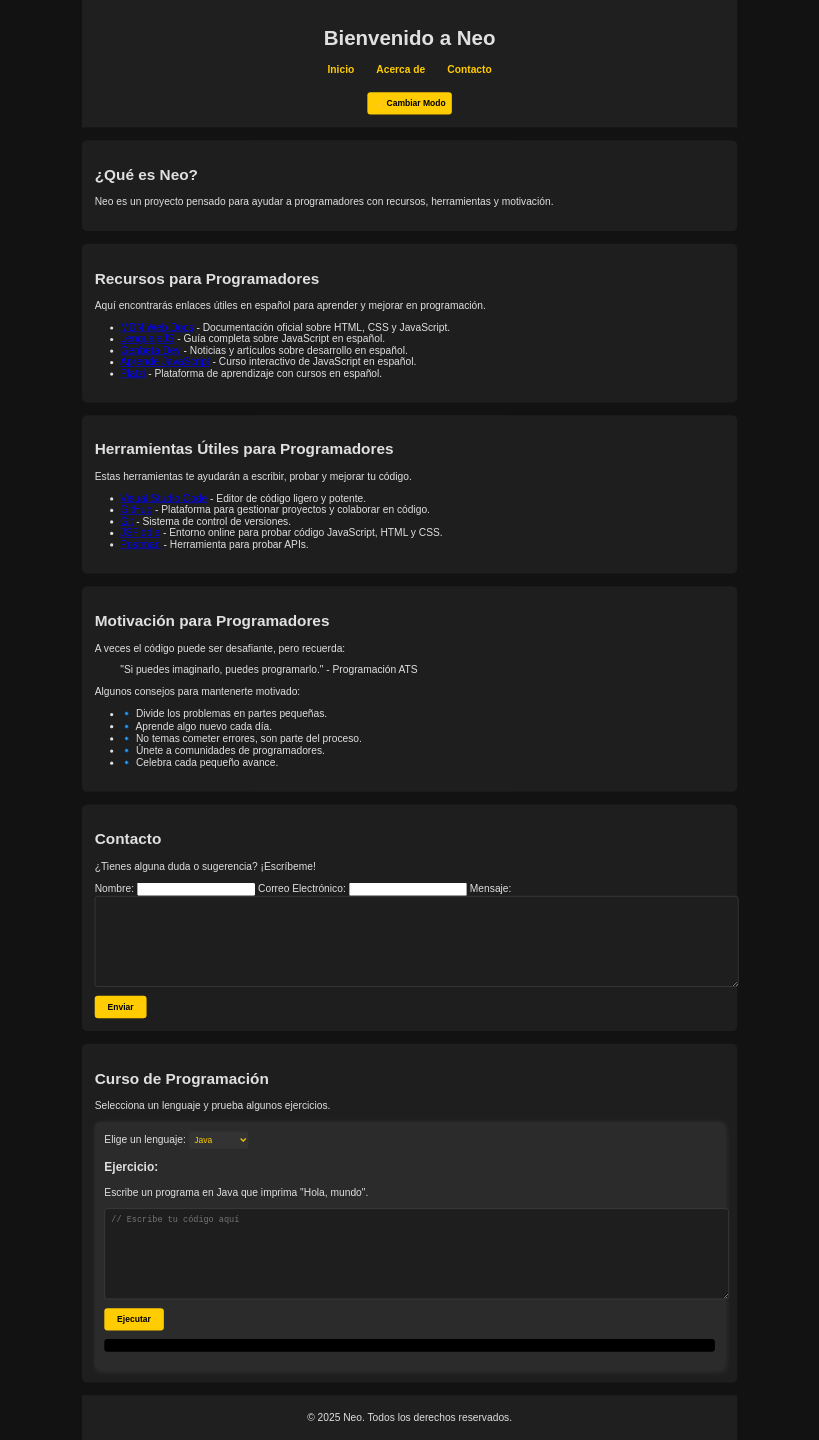
Repository: TapZc/getya_proyect
Page: index.html
These files come from the project's save history. The page is drawn as it stood at one moment and after the next save; the edit follows.
The browser window is 1280 px wide. The pictures show the whole page, at 64% of full size.

Above is the page before, as saved 2025-02-21 08:02:21.

### index.html
<!DOCTYPE html>
<html lang="es">
<head>
    <meta charset="UTF-8">
    <meta name="viewport" content="width=device-width, initial-scale=1.0">
    <title>Neo</title>
    <link rel="stylesheet" href="styles.css">
</head>

<script>
    function ejecutarCodigo() {
        let codigo = document.getElementById("codigo").value.trim();
        let resultado = document.getElementById("resultado");
        let lenguaje = document.getElementById("lenguaje").value;

        // Limpiar resultado antes de ejecutar
        resultado.textContent = "";

        if (codigo === "") {
            resultado.textContent = "⚠️ Escribe un código antes de ejecutar.";
            return;
        }

        // Si el usuario eligió JavaScript, ejecutamos directamente en el navegador
        if (lenguaje === "javascript") {
            try {
                let output = eval(codigo); // Evalúa el código
                resultado.textContent = "✅ Salida:\n" + output;
            } catch (error) {
                resultado.textContent = "❌ Error de sintaxis:\n" + error.message;
            }
        } else {
            // Simulación para Java y Python (en un futuro podemos ejecutar en un servidor)
            if (lenguaje === "java") {
                if (!codigo.includes("System.out.println")) {
                    resultado.textContent = "❌ Error: Usa System.out.println() para imprimir en Java.";
                } else {
                    resultado.textContent = "✅ Salida esperada:\nHola, mundo (ejemplo simulado)";
                }
            } else if (lenguaje === "python") {
                if (!codigo.includes("print")) {
                    resultado.textContent = "❌ Error: Usa print() para imprimir en Python.";
                } else {
                    resultado.textContent = "✅ Salida esperada:\nHola, mundo (ejemplo simulado)";
                }
            }
        }
    }

    // Modo Claro/Oscuro
    document.addEventListener("DOMContentLoaded", () => {
        const botonModo = document.getElementById("modo-btn");
        const body = document.body;

        botonModo.addEventListener("click", () => {
            body.classList.toggle("claro");

            if (body.classList.contains("claro")) {
                botonModo.textContent = "🌑 Modo Oscuro";
                localStorage.setItem("modo", "claro");
            } else {
                botonModo.textContent = "🌙 Modo Claro";
                localStorage.setItem("modo", "oscuro");
            }
        });

        // Guardar preferencia del usuario
        if (localStorage.getItem("modo") === "claro") {
            body.classList.add("claro");
            botonModo.textContent = "🌑 Modo Oscuro";
        }
    });
</script>




<body>
        <div class="container">

    <header>
        <h1>Bienvenido a Neo</h1>
        <nav>
            <ul>
                <li><a href="#">Inicio</a></li>
                <li><a href="#">Acerca de</a></li>
                <li><a href="#">Contacto</a></li>
            </ul>
        </nav>
        <button id="modo-btn">🌙 Cambiar Modo</button>

    </header>

    <section>
        <h2>¿Qué es Neo?</h2>
        <p>Neo es un proyecto pensado para ayudar a programadores con recursos, herramientas y motivación.</p>
    </section>

    <section>
        <h2>Recursos para Programadores</h2>
        <p>Aquí encontrarás enlaces útiles en español para aprender y mejorar en programación.</p>
        <ul>
            <li><a href="https://developer.mozilla.org/es/" target="_blank">MDN Web Docs</a> - Documentación oficial sobre HTML, CSS y JavaScript.</li>
            <li><a href="https://lenguajejs.com/" target="_blank">LenguajeJS</a> - Guía completa sobre JavaScript en español.</li>
            <li><a href="https://www.genbeta.com/desarrollo" target="_blank">Genbeta Dev</a> - Noticias y artículos sobre desarrollo en español.</li>
            <li><a href="https://aprendejavascript.org/" target="_blank">Aprende JavaScript</a> - Curso interactivo de JavaScript en español.</li>
            <li><a href="https://platzi.com/" target="_blank">Platzi</a> - Plataforma de aprendizaje con cursos en español.</li>
        </ul>
    </section>

    <section>
        <h2>Herramientas Útiles para Programadores</h2>
        <p>Estas herramientas te ayudarán a escribir, probar y mejorar tu código.</p>
        <ul>
            <li><a href="https://code.visualstudio.com/" target="_blank">Visual Studio Code</a> - Editor de código ligero y potente.</li>
            <li><a href="https://github.com/" target="_blank">GitHub</a> - Plataforma para gestionar proyectos y colaborar en código.</li>
            <li><a href="https://git-scm.com/" target="_blank">Git</a> - Sistema de control de versiones.</li>
            <li><a href="https://jsfiddle.net/" target="_blank">JSFiddle</a> - Entorno online para probar código JavaScript, HTML y CSS.</li>
            <li><a href="https://www.postman.com/" target="_blank">Postman</a> - Herramienta para probar APIs.</li>
        </ul>
    </section>

    <section>
        <h2>Motivación para Programadores</h2>
        <p>A veces el código puede ser desafiante, pero recuerda:</p>
        <blockquote>
            "Si puedes imaginarlo, puedes programarlo." - Programación ATS
        </blockquote>
        <p>Algunos consejos para mantenerte motivado:</p>
        <ul>
            <li>🔹 Divide los problemas en partes pequeñas.</li>
            <li>🔹 Aprende algo nuevo cada día.</li>
            <li>🔹 No temas cometer errores, son parte del proceso.</li>
            <li>🔹 Únete a comunidades de programadores.</li>
            <li>🔹 Celebra cada pequeño avance.</li>
        </ul>
    </section>

    <section>
        <h2>Contacto</h2>
        <p>¿Tienes alguna duda o sugerencia? ¡Escríbeme!</p>
        <form action="#" method="post">
            <label for="nombre">Nombre:</label>
            <input type="text" id="nombre" name="nombre" required>

            <label for="email">Correo Electrónico:</label>
            <input type="email" id="email" name="email" required>

            <label for="mensaje">Mensaje:</label>
            <textarea id="mensaje" name="mensaje" rows="5" required></textarea>

            <button type="submit">Enviar</button>
        </form>
    </section>

    <section id="cursos">
        <h2>Curso de Programación</h2>
        <p>Selecciona un lenguaje y prueba algunos ejercicios.</p>

        <div class="curso-container">
            <!-- Selector de lenguaje -->
            <label for="lenguaje">Elige un lenguaje:</label>
            <select id="lenguaje">
                <option value="java">Java</option>
                <option value="python">Python</option>
                <option value="javascript">JavaScript</option>
            </select>

            <!-- Área de código -->
            <div class="editor">
                <h3>Ejercicio:</h3>
                <p id="ejercicio-texto">Escribe un programa en Java que imprima "Hola, mundo".</p>
                <textarea id="codigo" rows="5" placeholder="// Escribe tu código aquí"></textarea>
            </div>

            <!-- Botón de ejecución -->
            <button onclick="ejecutarCodigo()">Ejecutar</button>

            <!-- Resultado -->
            <pre id="resultado"></pre>
        </div>
    </section>



    <footer>
        <p>&copy; 2025 Neo. Todos los derechos reservados.</p>
    </footer>
</div>
</body>
</html>

### styles.css
/* Estilos Generales */
body {
    background-color: #121212; /* Fondo oscuro */
    color: #e0e0e0; /* Texto en color claro */
    font-family: Arial, sans-serif;
    margin: 0;
    padding: 0;
}

/* Contenedor principal */
.container {
    width: 80%;
    margin: auto;
}

/* Header */
header {
    background: #1f1f1f;
    padding: 20px;
    text-align: center;
}

nav ul {
    list-style: none;
    padding: 0;
}

nav ul li {
    display: inline;
    margin: 0 15px;
}

nav a {
    color: #ffcc00;
    text-decoration: none;
    font-weight: bold;
}

/* Secciones */
section {
    background: #1e1e1e;
    padding: 20px;
    margin: 20px 0;
    border-radius: 8px;
}

/* Editor de Código */
.curso-container {
    background: #2b2b2b;
    padding: 15px;
    border-radius: 8px;
    box-shadow: 2px 2px 10px rgba(255, 255, 255, 0.1);
}

textarea {
    width: 100%;
    height: 120px;
    background: #1e1e1e;
    color: #00ff00;
    font-family: monospace;
    border: 1px solid #444;
    padding: 10px;
    border-radius: 5px;
}

/* Botón Ejecutar */
button {
    background: #ffcc00;
    color: #000;
    padding: 10px 20px;
    border: none;
    cursor: pointer;
    font-weight: bold;
    border-radius: 5px;
    margin-top: 10px;
}

button:hover {
    background: #ffaa00;
}

/* Select de Lenguaje */
select {
    background: #333;
    color: #ffcc00;
    padding: 5px;
    border: none;
    border-radius: 5px;
}

/* Resultado */
pre {
    background: #000;
    padding: 10px;
    border-radius: 5px;
    color: #ffcc00;
    font-family: monospace;
}

/* Footer */
footer {
    text-align: center;
    padding: 10px;
    background: #1f1f1f;
}
#modo-btn {
    background: #ffcc00;
    color: #000;
    padding: 10px;
    border: none;
    cursor: pointer;
    font-weight: bold;
    border-radius: 5px;
    margin-top: 10px;
    transition: background 0.3s;
}

#modo-btn:hover {
    background: #ffaa00;
}
.claro {
    background-color: #ffffff;
    color: #333;
}

.claro header, .claro section, .claro footer {
    background: #f0f0f0;
}

.claro textarea {
    background: #fff;
    color: #000;
}

.claro pre {
    background: #ddd;
    color: #000;
}

.claro #modo-btn {
    background: #444;
    color: #fff;
}

.claro #modo-btn:hover {
    background: #666;
}

After the next save:
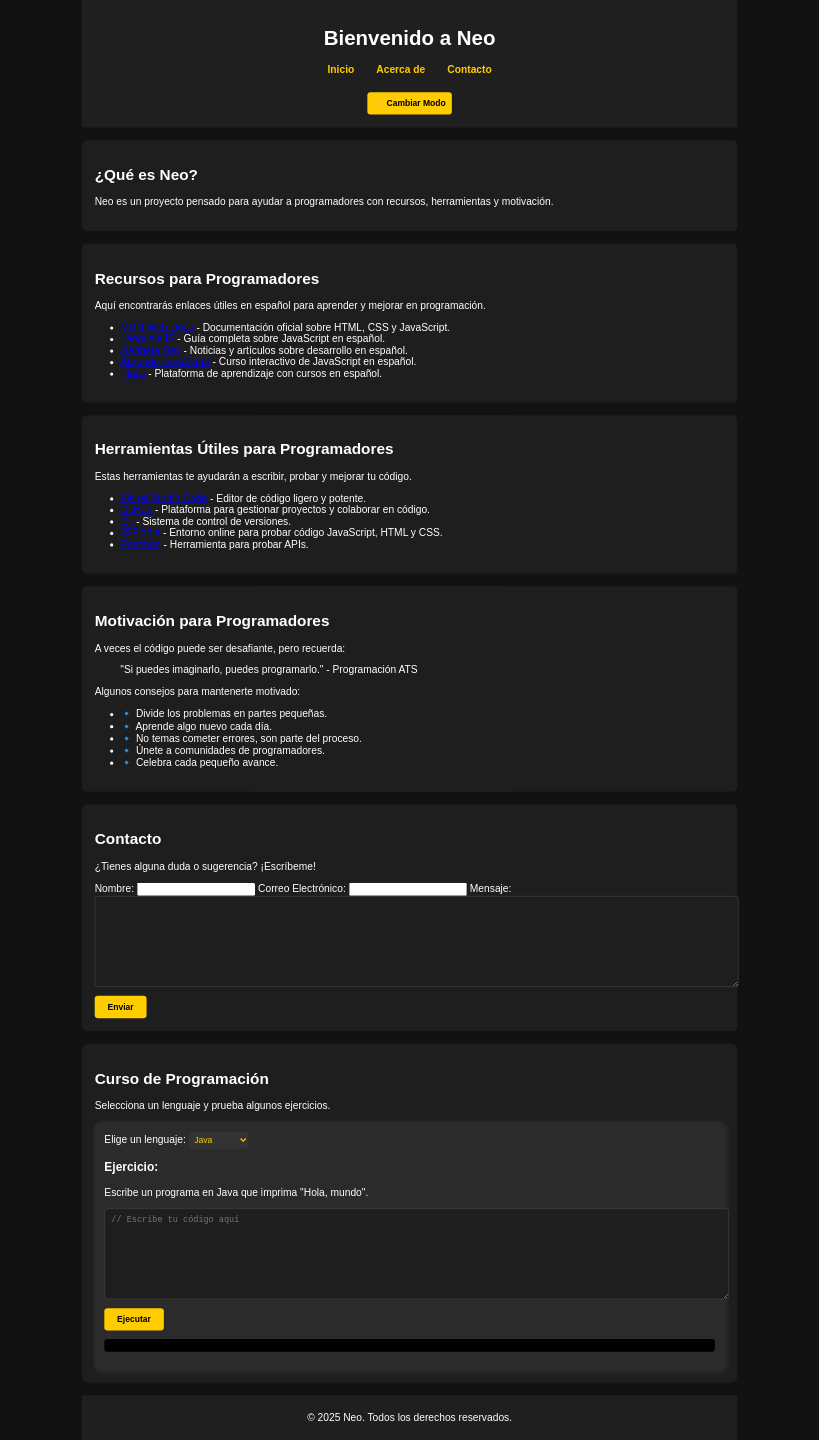
Saved 116 s later.
--- a/styles.css
+++ b/styles.css
@@ -145,3 +145,29 @@ footer {
 .claro #modo-btn:hover {
     background: #666;
 }
+/* Estilos generales */
+body {
+    background-color: #121212;
+    color: white;
+    transition: background-color 0.3s, color 0.3s;
+}
+
+/* Modo claro */
+body.claro {
+    background-color: white;
+    color: black;
+}
+
+/* Estilos específicos para la sección de cursos */
+#cursos {
+    background-color: #1e1e1e; /* Fondo oscuro por defecto */
+    color: white;
+    padding: 20px;
+    border-radius: 10px;
+    transition: background-color 0.3s, color 0.3s;
+}
+
+body.claro #cursos {
+    background-color: #f0f0f0; /* Fondo claro */
+    color: black;
+}
